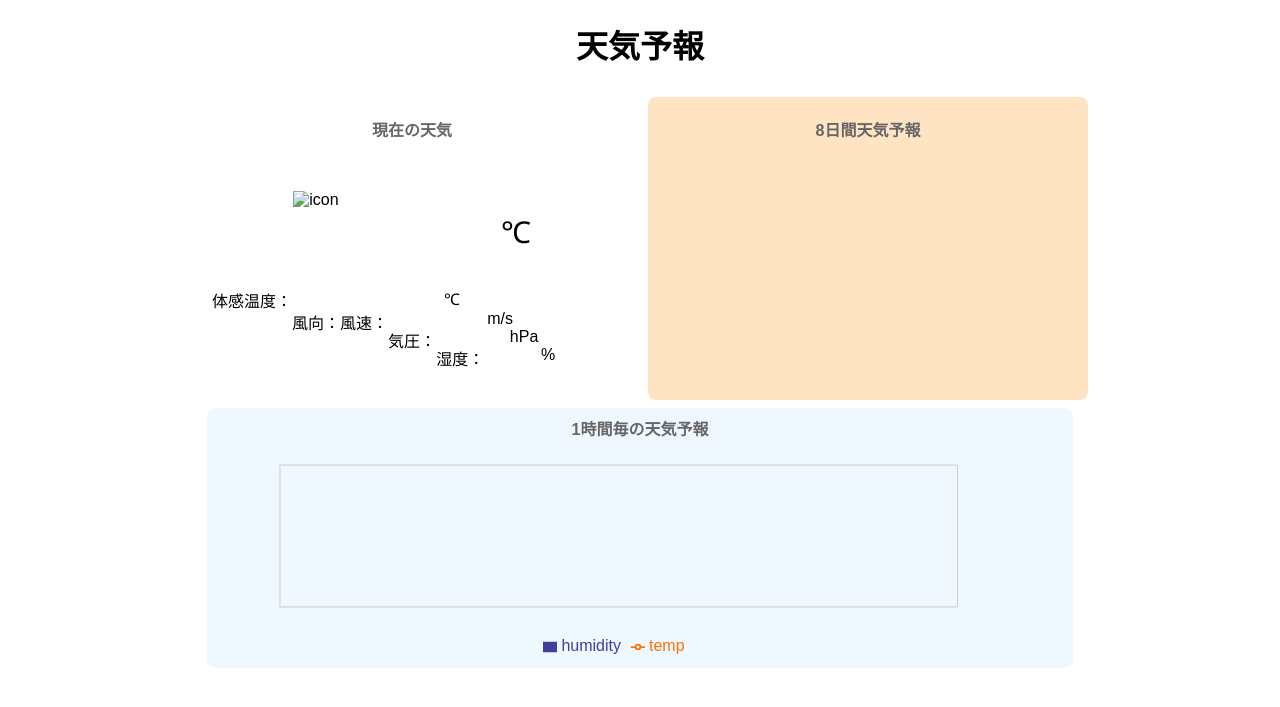
Repository: IshigureTomoki/weather-app
Page: /
An editor plug-in stored every save of this project. The page is shown before and after the next save, followed by the edit.
The browser window is 1280 px wide. The pictures show the whole page.
The page's requests for data from a server got no answer. The project was rebuilt for these pictures with package versions that can differ from the ones it lists, and the page was loaded fresh each time. No one was signed in, and anything a server would have sent is missing.

Above is the page before, as saved 2022-02-25 15:11:02.

After the next save:
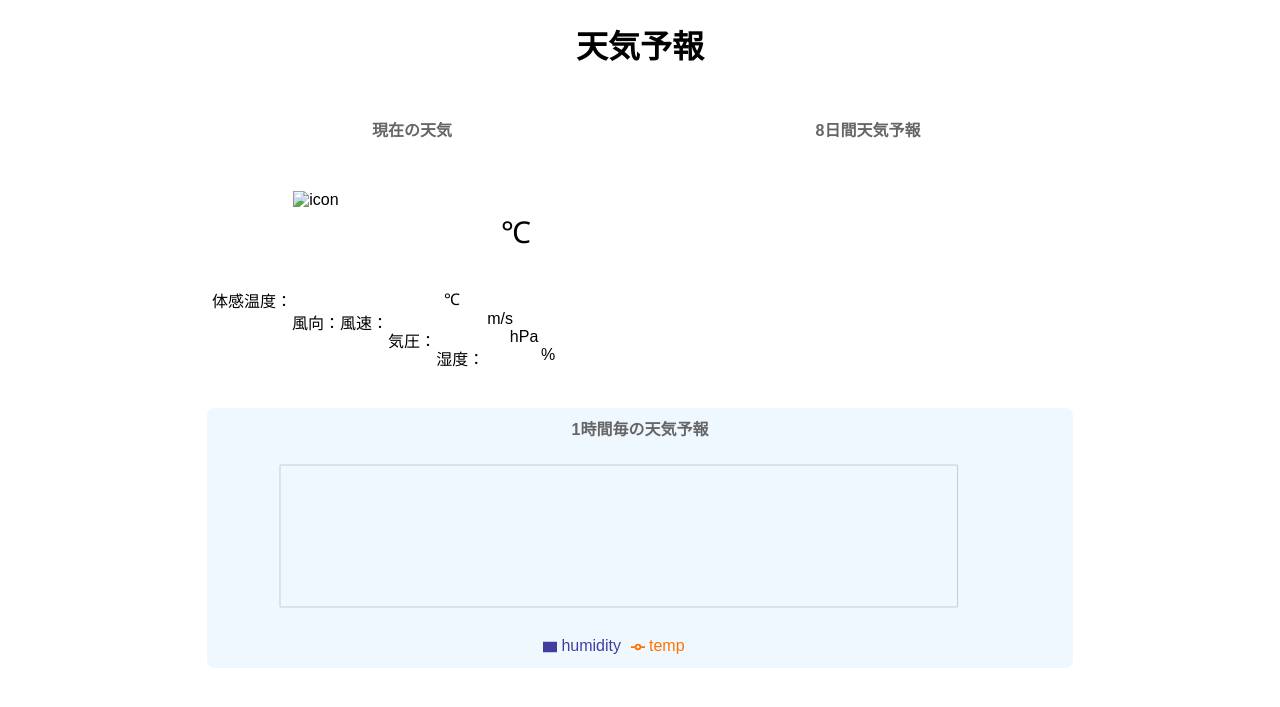
Saved 15 s later.
--- a/src/App.css
+++ b/src/App.css
@@ -48,7 +48,7 @@ dt::after {
 
 .dayly-area {
   text-align: center;
-  background-color: bisque;
+  /* background-color: bisque; */
   width: 400px;
   padding: 20px;
   margin: 8px;
